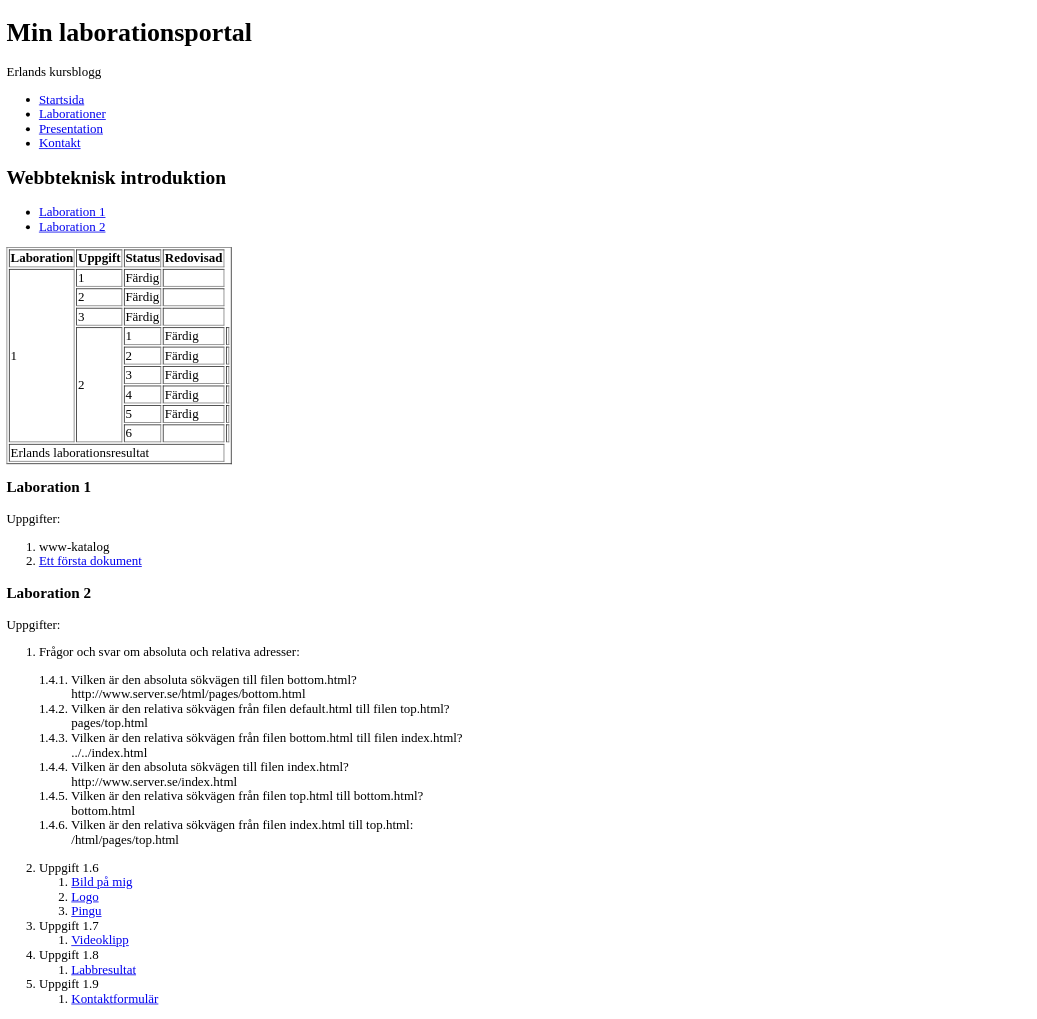
Repository: ej222ru/1IK415-laborationer
Page: pages/laborationer.html
The author's editor kept a record of every edit. The page is drawn from the files as they stood at one moment, then again after the next edit.
The browser window is 1280 px wide. The pictures show the whole page, at 81% of full size.

Above is the page before.

### pages/laborationer.html
<!doctype html>
<html lang="sv">
    <head>
        <meta charset="utf-8" />
        <title>Erlands kursblogg</title>
    </head>
    <body>
    <h1>Min laborationsportal</h1>

    <p>Erlands kursblogg</p>
        <ul>
            <li><a href="../index.html">Startsida</a></li>
            <li><a href="laborationer.html">Laborationer</a></li>
            <li><a href="presentation.html">Presentation</a></li>
            <li><a href="kontakt.html">Kontakt</a></li>
        </ul>
        <h2>Webbteknisk introduktion</h2>
        <ul>
            <li><a href="#Laboration1">Laboration 1</a></li>
            <li><a href="#Laboration2">Laboration 2</a></li>
        </ul>
        <table border=1 id="Labbresultat">
            <thead>
                <tr>
                   <th>Laboration</th>
                   <th>Uppgift</th>
                   <th>Status</th>
                   <th>Redovisad</th>
                </tr>
            </thead>
            <tfoot>
                <tr>
                    <td colspan=4>Erlands laborationsresultat</td>
                </tr>
            </tfoot>
            <tbody>
                <tr>
                    <td rowspan=9>1</td>
                    <td>1</td>
                    <td>Färdig</td>
                    <td></td>
                </tr>
                <tr>
                    <td>2</td>
                    <td>Färdig</td>
                    <td></td>
                </tr>
                <tr>
                    <td>3</td>
                    <td>Färdig</td>
                    <td></td>
                </tr>
                <tr>
                    <td rowspan=6>2</td></td>
                    <td>1</td>
                    <td>Färdig</td>
                    <td></td>
                </tr>
                <tr>
                    <td>2</td>
                    <td>Färdig</td>
                    <td></td>
                </tr>
                <tr>
                    <td>3</td>
                    <td>Färdig</td>
                    <td></td>
                </tr>
                <tr>
                    <td>4</td>
                    <td>Färdig</td>
                    <td></td>
                </tr>
                <tr>
                    <td>5</td>
                    <td>Färdig</td>
                    <td></td>
                </tr>
                <tr>
                    <td>6</td>
                    <td></td>
                    <td></td>
                </tr>
            </tbody>
        </table>
        <h3>Laboration 1 <a id="Laboration1"></a></h3>
        <p>Uppgifter:</p>
        <ol>
            <li>www-katalog</li>
            <li><a href="presentation.html">Ett första dokument</a></li>
        </ol>
        <h3>Laboration 2 <a id="Laboration2"></a></h3>
        <p>Uppgifter:</p>
        <ol>
            <li>Frågor och svar om absoluta och relativa adresser:
                <dl>
                <dt>1.4.1. Vilken är den absoluta sökvägen till filen bottom.html? </dt>
                <dd>http://www.server.se/html/pages/bottom.html</dd>
                <dt>1.4.2. Vilken är den relativa sökvägen från filen default.html till filen top.html? </dt>
                <dd>pages/top.html</dd>
                <dt>1.4.3. Vilken är den relativa sökvägen från filen bottom.html till filen index.html? </dt>
                <dd>../../index.html</dd>
                <dt>1.4.4. Vilken är den absoluta sökvägen till filen index.html? </dt>
                <dd>http://www.server.se/index.html</dd>
                <dt>1.4.5. Vilken är den relativa sökvägen från filen top.html till bottom.html? </dt>
                <dd>bottom.html</dd>
                <dt>1.4.6. Vilken är den relativa sökvägen från filen index.html till top.html:</dt>
                <dd>/html/pages/top.html</dd>
                </dl>
            </li>
            <li>Uppgift 1.6
                <ol>
                    <li><a href="presentation.html#BildMig">Bild på mig</a></li>
                    <li><a href="../pics/ErlandLogo.png">Logo</a></li>
                    <li><a href="../index.html#BildPingu">Pingu</a></li>
                </ol>
            </li>
            <li>Uppgift 1.7
                <ol>
                    <li><a href="../index.html#Videoklipp">Videoklipp</a>
                    </li>
                </ol>
            </li>
            <li>Uppgift 1.8
                <ol>
                    <li><a href="#Labbresultat">Labbresultat</a>
                    </li>
                </ol>
            </li>
            <li>Uppgift 1.9
                <ol>
                    <li><a href="../pages/kontakt.html#contact-form">Kontaktformulär</a>
                    </li>
                </ol>
            </li>
        </ol>
      </body>
</html>

After the next edit:
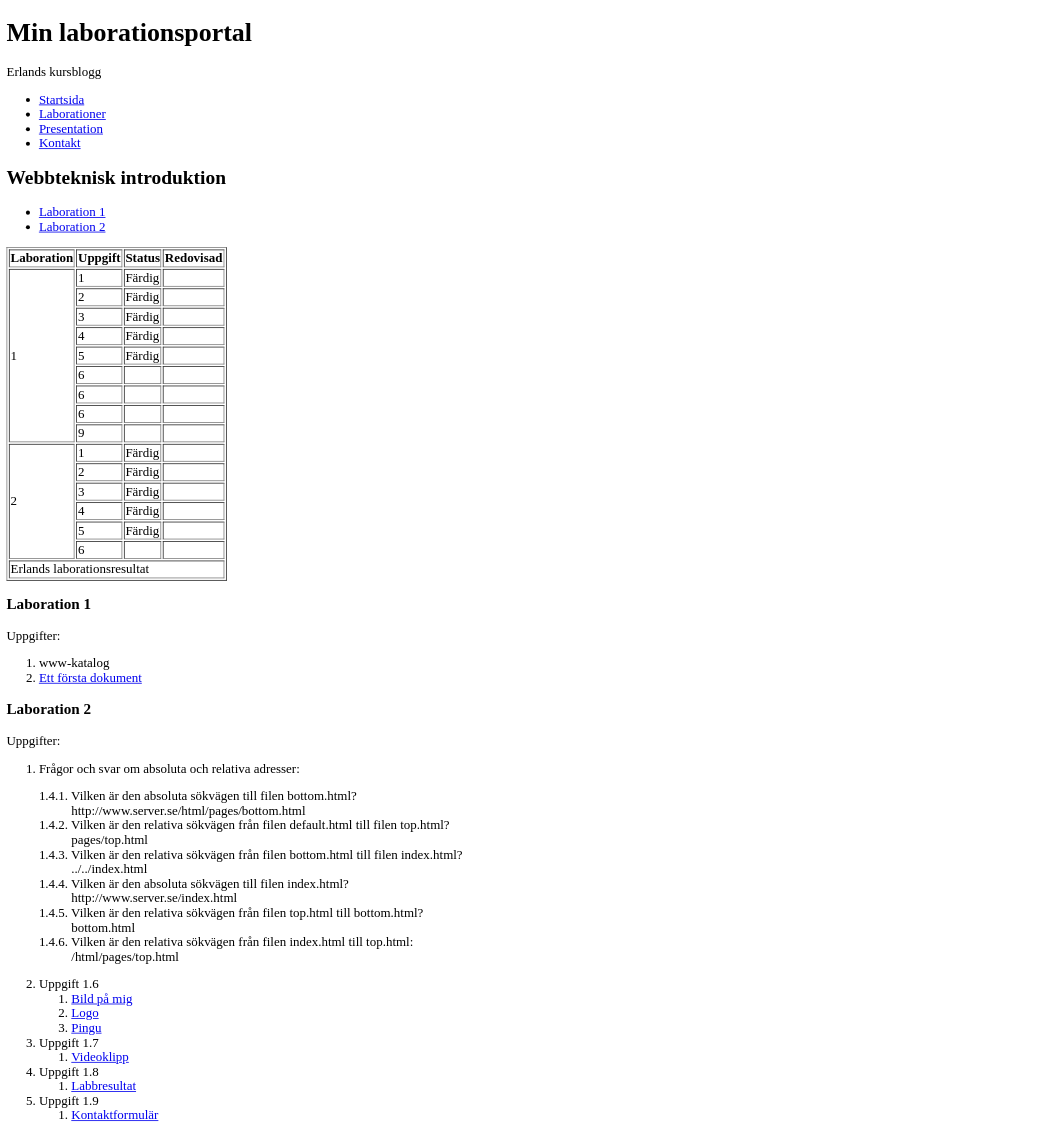
The edit:
--- a/pages/laborationer.html
+++ b/pages/laborationer.html
@@ -48,6 +48,36 @@
                 <tr>
                     <td>3</td>
                     <td>Färdig</td>
+                    <td></td>
+                </tr>
+                <tr>
+                    <td>4</td>
+                    <td>Färdig</td>
+                    <td></td>
+                </tr>
+                <tr>
+                    <td>5</td>
+                    <td>Färdig</td>
+                    <td></td>
+                </tr>
+                <tr>
+                    <td>6</td>
+                    <td></td>
+                    <td></td>
+                </tr>
+                <tr>
+                    <td>6</td>
+                    <td></td>
+                    <td></td>
+                </tr>
+                <tr>
+                    <td>6</td>
+                    <td></td>
+                    <td></td>
+                </tr>
+                <tr>
+                    <td>9</td>
+                    <td></td>
                     <td></td>
                 </tr>
                 <tr>
